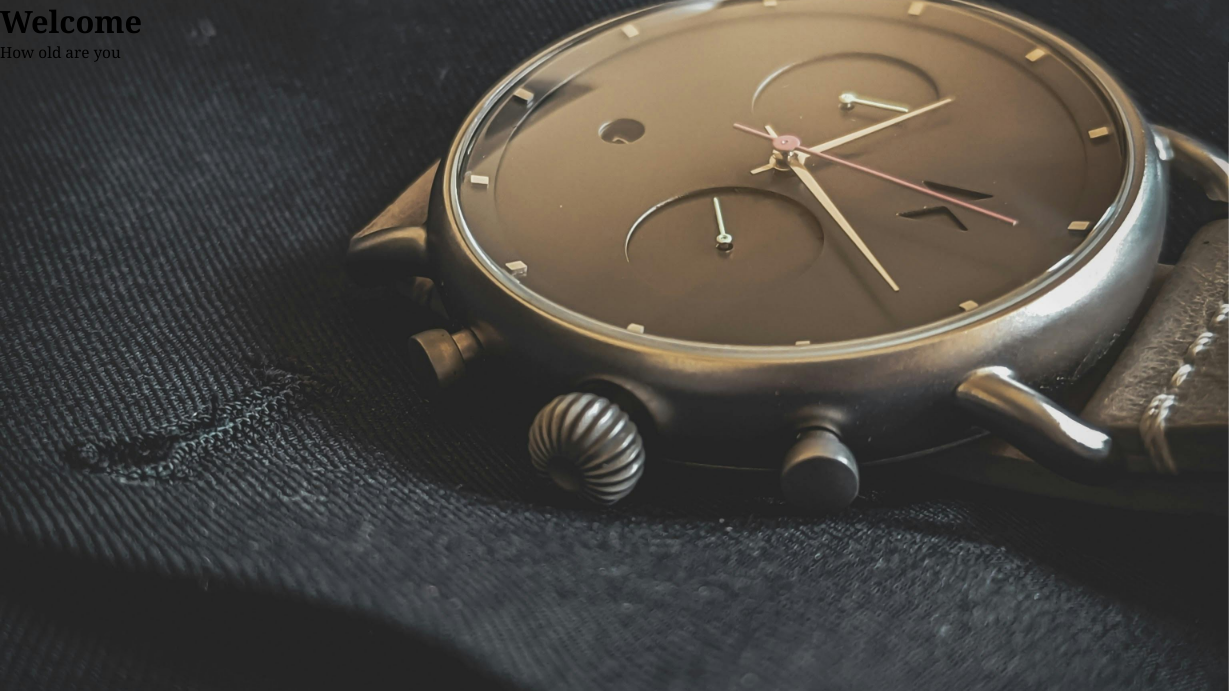
Repository: kem85/beginning
Page: web/js/index.html
An editor plug-in stored every save of this project. The page is shown before and after the next save, followed by the edit.
The browser window is 1280 px wide. The pictures show the whole page, at 96% of full size.
Backgrounds fixed to the window are drawn as part of the page.

Above is the page before, as saved 2024-06-18 02:59:12.

### web/js/index.html
<!DOCTYPE html>
<html lang="en">
<head>
    <meta charset="UTF-8">
    <meta name="viewport" content="width=device-width, initial-scale=1.0">
    <title>Document</title>
    <script src="./test.js"></script>
    <link rel="stylesheet" href="./main.css">
</head>
<body>
    <div class="banner">
        <h1 class="header">Welcome</h1>
        <p class="text">How old are you</p>
    </div>
</body>
</html>

### web/js/test.js
window.alert("what is love");

### web/js/main.css
*{
    font-family:Cambria, Cochin, Georgia, Times, 'Times New Roman', serif;
    background-image: url("./watch.jpg");
    background-position: center;
    background-attachment: fixed;
    background-size: cover;
    padding:0;
    margin:0;
    box-sizing: border-box;
}
.welcomesign{
    min-width: 100vw;
    min-height:70vh;
    display:flex;
    color: orangered;
    justify-content: center;
    align-items: center;
    text-align: center;
    font-size: 50px;
}

After the next save:
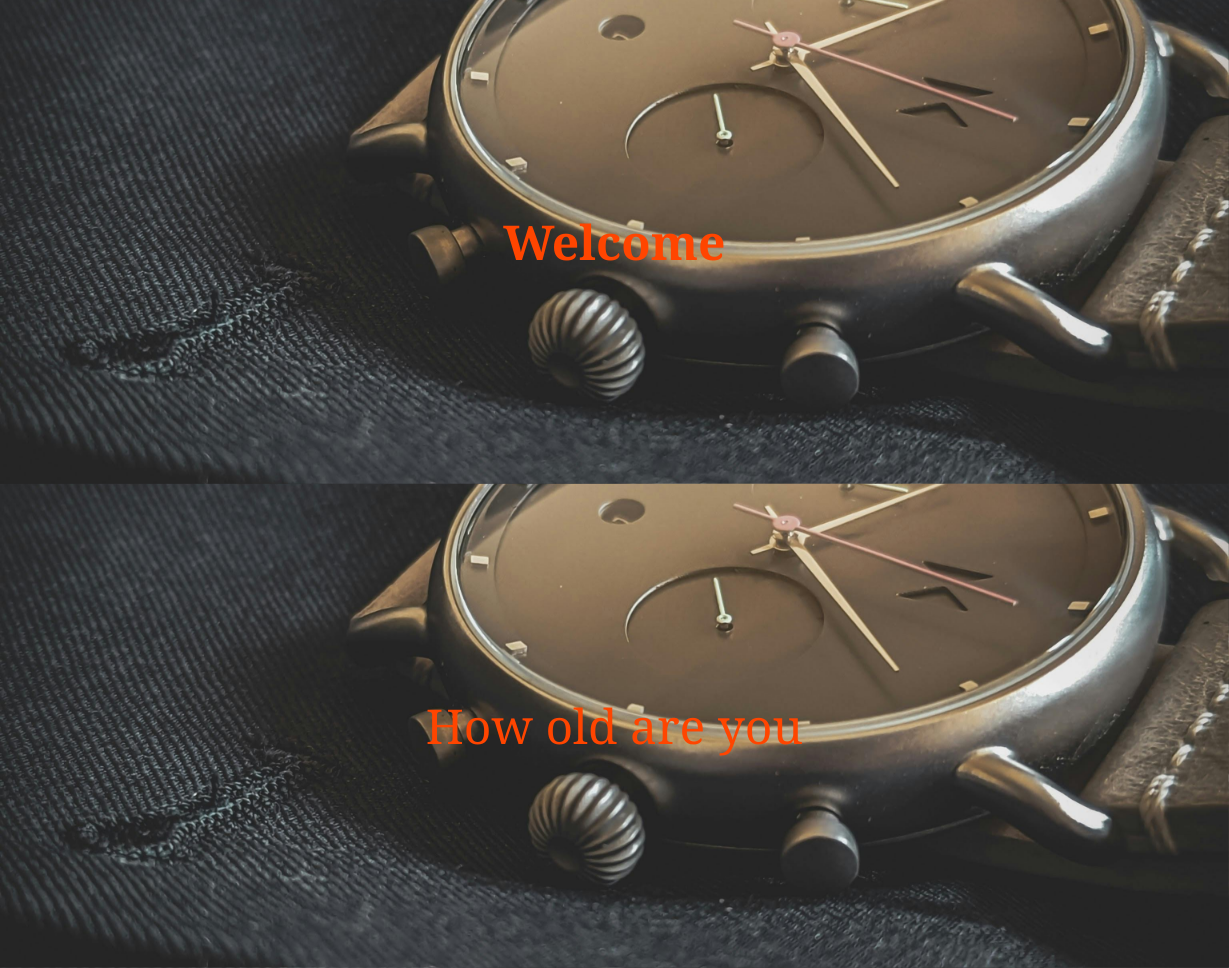
Saved 25 s later.
--- a/web/js/index.html
+++ b/web/js/index.html
@@ -9,8 +9,8 @@
 </head>
 <body>
     <div class="banner">
-        <h1 class="header">Welcome</h1>
-        <p class="text">How old are you</p>
+        <h1 class="welcomesign">Welcome</h1>
+        <p class="welcomesign">How old are you</p>
     </div>
 </body>
 </html>
